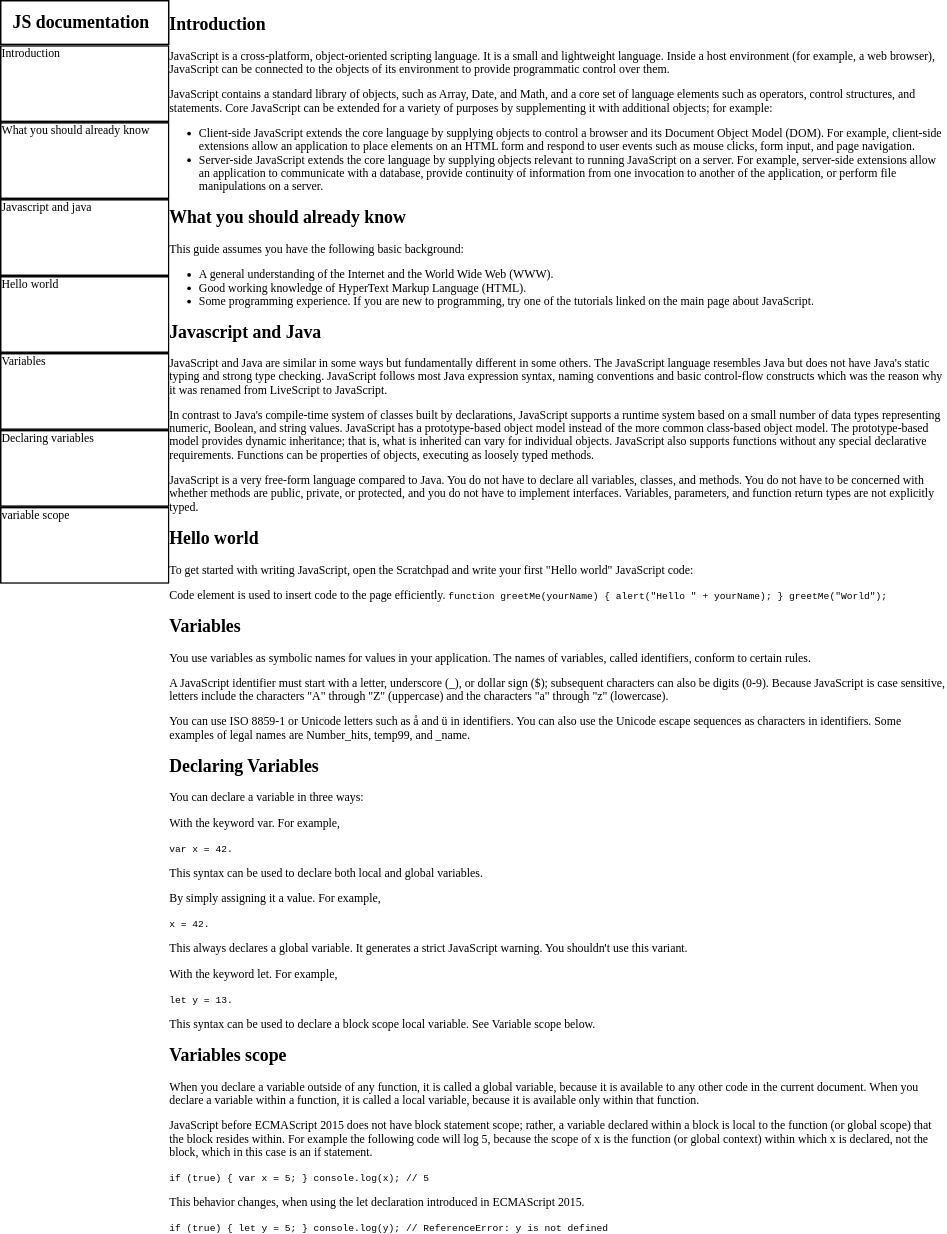
Repository: Pafestivo/Technical-documentation
Page: index.html
An editor plug-in stored every save of this project. The page is shown before and after a run of saves, followed by the edit.
The browser window is 1280 px wide. The pictures show the whole page, at 74% of full size.

Above is the page before, as saved 2022-09-07 13:17:04.

### index.html
<!DOCTYPE html>
<html lang="en">
<head>
    <meta charset="UTF-8">
    <meta name="viewport" content="width=device-width, initial-scale=1.0">
    <link rel="stylesheet" href="styles.css">
    <title>Technical Documentation Page</title>
</head>
<body>
  <nav id="navbar">
    <header>
      <h1>JS documentation</h1>
    </header>
    <ul>
      <li><a id="nav-link" href="#introduction">Introduction</a></li>
      <li><a id="nav-link" href="#what_you_should_already_know">What you should already know</a></li>
      <li><a id="nav-link" href="#javascript_and_Java">Javascript and java</a></li>
      <li><a id="nav-link" href="#hello_world">Hello world</a></li>
      <li><a id="nav-link" href="#variables">Variables</a></li>
      <li><a id="nav-link" href="#declaring_variables">Declaring variables</a></li>
      <li><a id="nav-link" href="#variable_scope">variable scope</a></li>
    </ul>
  </nav>
  <main id="main-doc">
    <section id="introduction" class="main-section">
      <h1>Introduction</h1>

      <p>JavaScript is a cross-platform, object-oriented scripting language. It is a small and lightweight language. Inside a host environment (for example, a web browser), JavaScript can be connected to the objects of its environment to provide programmatic control over them.</p>

      <p>JavaScript contains a standard library of objects, such as Array, Date, and Math, and a core set of language elements such as operators, control structures, and statements. Core JavaScript can be extended for a variety of purposes by supplementing it with additional objects; for example:</p>

      <ul>
        <li>Client-side JavaScript extends the core language by supplying objects to control a browser and its Document Object Model (DOM). For example, client-side extensions allow an application to place elements on an HTML form and respond to user events such as mouse clicks, form input, and page navigation.</li>
        <li>Server-side JavaScript extends the core language by supplying objects relevant to running JavaScript on a server. For example, server-side extensions allow an application to communicate with a database, provide continuity of information from one invocation to another of the application, or perform file manipulations on a server.</li>
      </ul>
    </section>

    <section id="what_you_should_already_know" class="main-section">
        <h1>What you should already know</h1>

        <p>This guide assumes you have the following basic background:</p>

        <ul>
          <li>A general understanding of the Internet and the World Wide Web (WWW).</li>
          <li>Good working knowledge of HyperText Markup Language (HTML).</li>
          <li>Some programming experience. If you are new to programming, try one of the tutorials linked on the main page about JavaScript.</li>
        </ul>
      </section>

      <section id="javascript_and_Java" class="main-section">
        <h1>Javascript and Java</h1>

        <p>JavaScript and Java are similar in some ways but fundamentally different in some others. The JavaScript language resembles Java but does not have Java's static typing and strong type checking. JavaScript follows most Java expression syntax, naming conventions and basic control-flow constructs which was the reason why it was renamed from LiveScript to JavaScript.</p>

        <p>In contrast to Java's compile-time system of classes built by declarations, JavaScript supports a runtime system based on a small number of data types representing numeric, Boolean, and string values. JavaScript has a prototype-based object model instead of the more common class-based object model. The prototype-based model provides dynamic inheritance; that is, what is inherited can vary for individual objects. JavaScript also supports functions without any special declarative requirements. Functions can be properties of objects, executing as loosely typed methods.</p>

        <p>JavaScript is a very free-form language compared to Java. You do not have to declare all variables, classes, and methods. You do not have to be concerned with whether methods are public, private, or protected, and you do not have to implement interfaces. Variables, parameters, and function return types are not explicitly typed.</p>
      </section>

      <section id="hello_world" class="main-section">
        <h1>Hello world</h1>
        <p>To get started with writing JavaScript, open the Scratchpad and write your first "Hello world" JavaScript code:</p>

        Code element is used to insert code to the page efficiently.
        <code>
            function greetMe(yourName) { alert("Hello " + yourName); }
            greetMe("World");
        </code>
      </section>

      <section id="variables" class="main-section">
        <h1>Variables</h1>

        <p>You use variables as symbolic names for values in your application. The names of variables, called identifiers, conform to certain rules.</p>

        <p>A JavaScript identifier must start with a letter, underscore (_), or dollar sign ($); subsequent characters can also be digits (0-9). Because JavaScript is case sensitive, letters include the characters "A" through "Z" (uppercase) and the characters "a" through "z" (lowercase).</p>

        <p>You can use ISO 8859-1 or Unicode letters such as å and ü in identifiers. You can also use the Unicode escape sequences as characters in identifiers. Some examples of legal names are Number_hits, temp99, and _name.</p>
      </section>

      <section id="declaring_variables" class="main-section">
        <h1>Declaring Variables</h1>

        <p>You can declare a variable in three ways:</p>

        <p>With the keyword var. For example,</p>
        <code>
            var x = 42.
        </code>

        <p>This syntax can be used to declare both local and global variables.</p>

        <p>By simply assigning it a value. For example,</p>
        <code>
            x = 42.
        </code>

        <p>This always declares a global variable. It generates a strict JavaScript warning. You shouldn't use this variant.</p>

        <p>With the keyword let. For example,</p>
        <code>
            let y = 13.
        </code>

        <p>This syntax can be used to declare a block scope local variable. See Variable scope below.</p>
      </section>

      <section id="variable_scope" class="main-section">
        <h1>Variables scope</h1>

        <p>When you declare a variable outside of any function, it is called a global variable, because it is available to any other code in the current document. When you declare a variable within a function, it is called a local variable, because it is available only within that function.</p>

        <p>JavaScript before ECMAScript 2015 does not have block statement scope; rather, a variable declared within a block is local to the function (or global scope) that the block resides within. For example the following code will log 5, because the scope of x is the function (or global context) within which x is declared, not the block, which in this case is an if statement.</p>
        <code>
            if (true) { var x = 5; } console.log(x); // 5
        </code>

        <p>This behavior changes, when using the let declaration introduced in ECMAScript 2015.</p>
        <code>
            if (true) { let y = 5; } console.log(y); // ReferenceError: y is
not defined
        </code>
  </main>

</body>
</html>

### styles.css
html {
  box-sizing: border-box;
  scroll-behavior: smooth;
}

body {
  display: flex;
  padding: 0;
  margin: 0;
}

/* Navigation bar  */
#navbar {
  width: 800px;
}

#navbar header {
}

#navbar header h1{
  margin: 0;
  padding: 15px;
  border: 2px solid #000;
}

#navbar ul {
  list-style: none;
  overflow: hidden;
  margin: 0;
  padding: 0;
}

#navbar ul li {

}

#navbar ul a {
  display: block;
  text-decoration: none;
  color: #000;
  height: 100px;
  border: 2px solid #000;
}

/* Navigation bar end  */

After the next 2 saves:
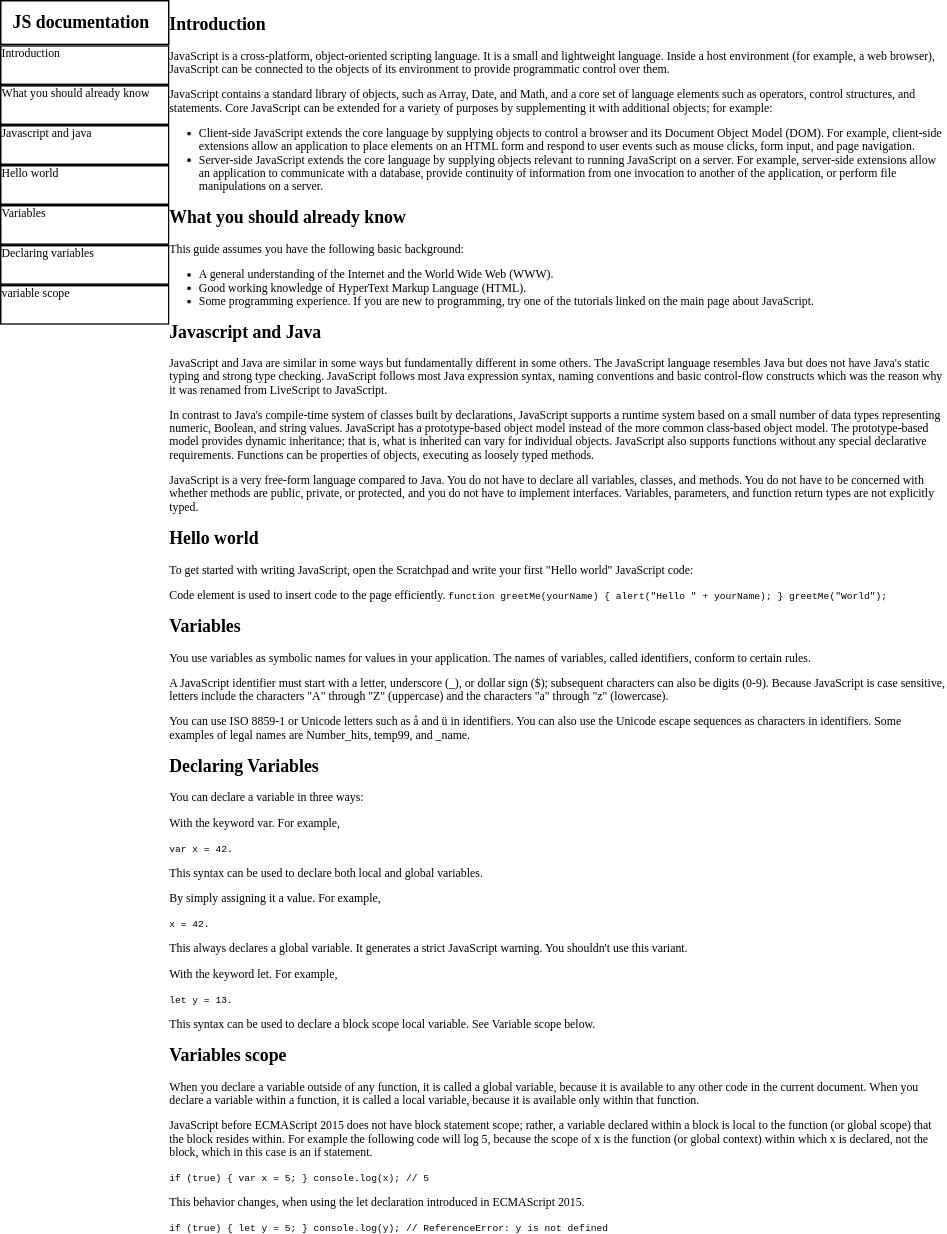
The 2 saves are shown as one change because they came seconds apart.
The last was saved 10 s later.
--- a/styles.css
+++ b/styles.css
@@ -38,7 +38,7 @@ body {
   display: block;
   text-decoration: none;
   color: #000;
-  height: 100px;
+  height: 50px;
   border: 2px solid #000;
 }
 
